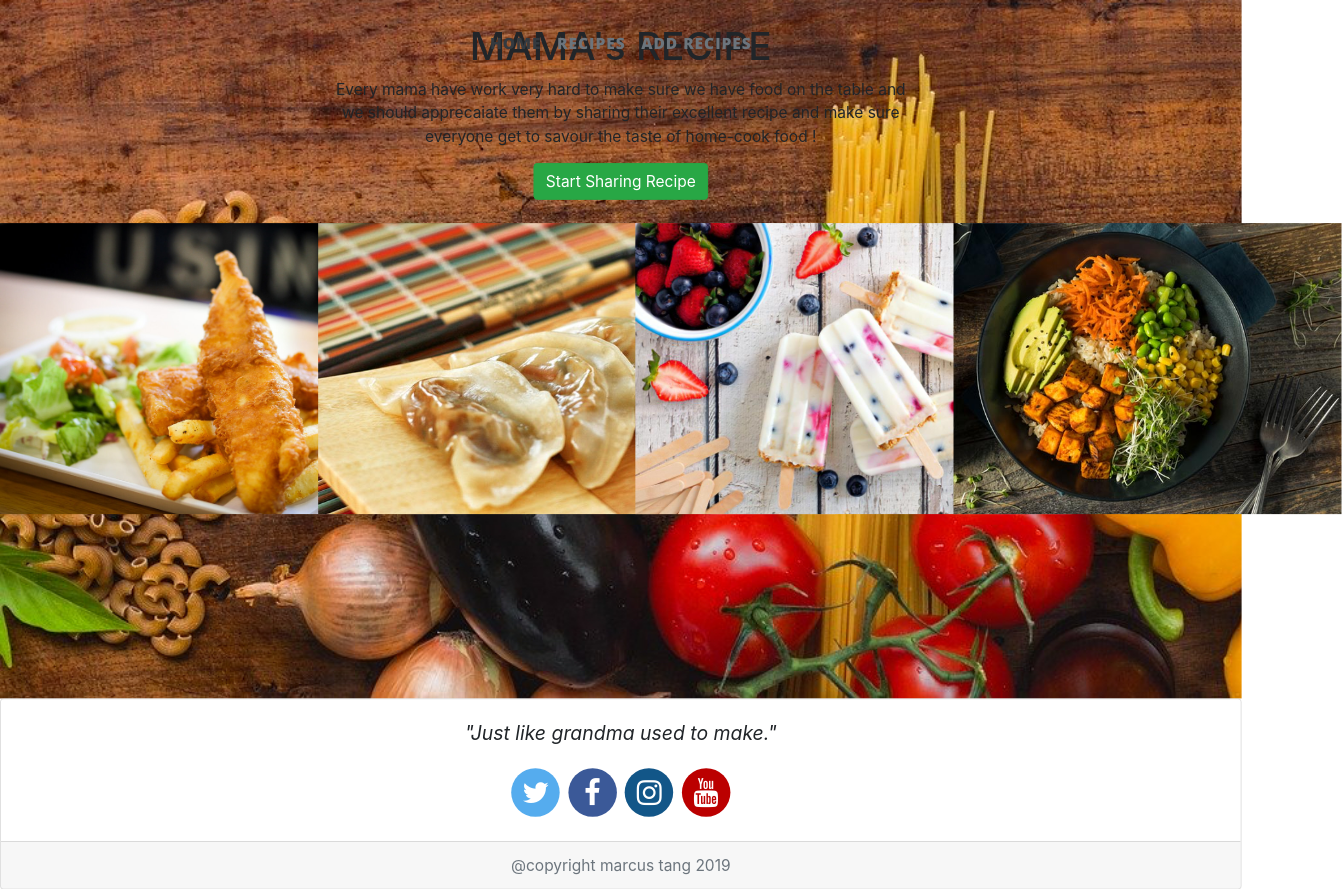
Repository: marstangg/mamasrecipes
Page: templates/index.html
The author's editor kept a record of every edit. The page is drawn from the files as they stood at one moment, then again after the next edit.
The browser window is 1280 px wide. The page is 1383 px wide, so the pictures cover 1383 px, including what lies to the right of the window. The pictures show the whole page, at 97% of full size.
Some web libraries are served in a nearby version. The template is drawn by Flask 3. The application's start-up code is not run. The template is opened directly, without the code that normally fills it, so the values that code supplies are empty.

Above is the page before.

After the next edit:
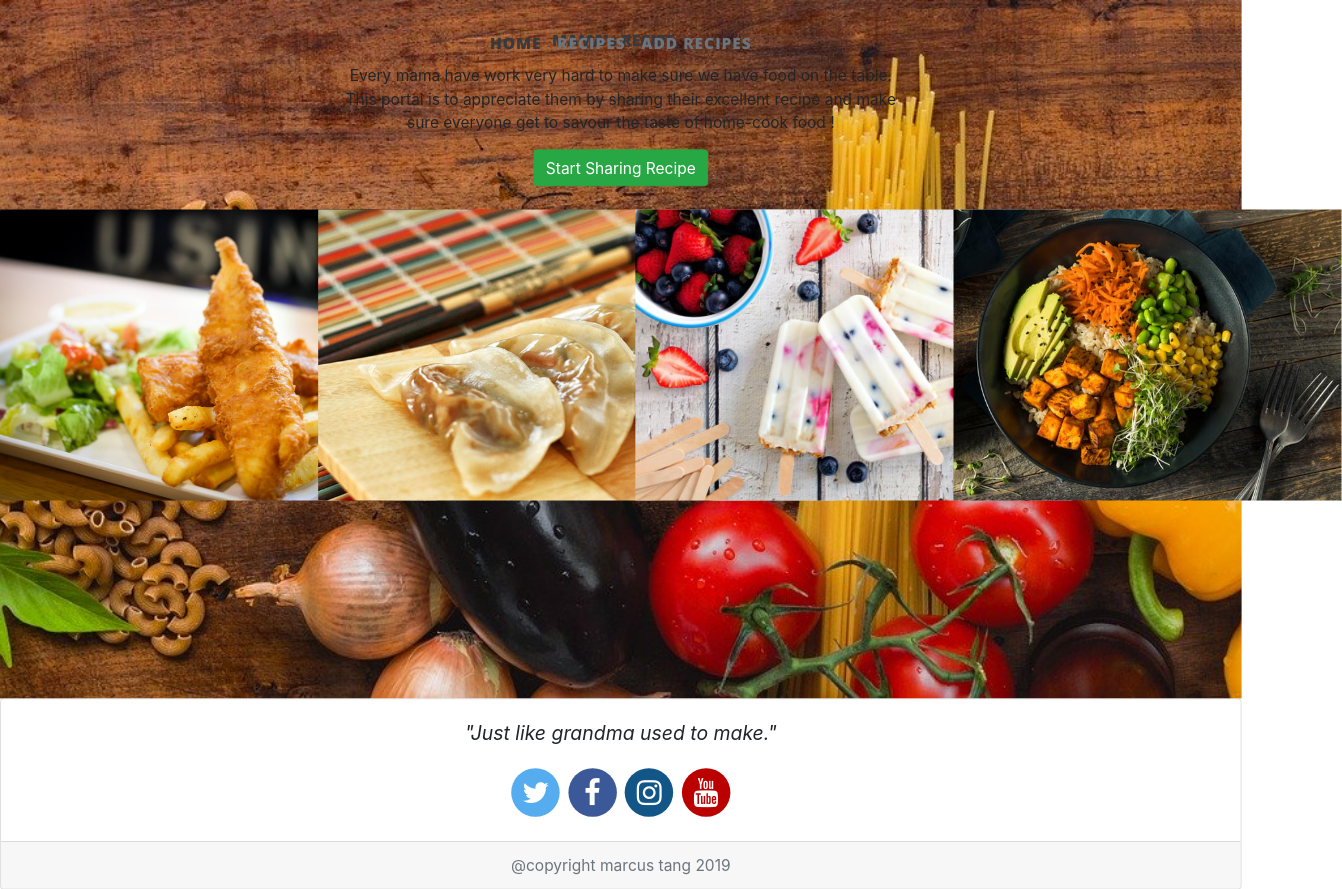
The edit:
--- a/templates/index.html
+++ b/templates/index.html
@@ -5,9 +5,9 @@
   <!--Page Header -->
   <header class="masthead d-flex justify-content-center align-items-center">
     <div class='w-50 p-4 text-center'>
-      <h1>MAMA's RECIPE</h1>
-      <p>Every mama have work very hard to make sure we have food on the table and we should apprecaiate them by sharing their excellent recipe and make sure everyone get to savour the taste of home-cook food !</p>
-      <div class="btn btn-success">Start Sharing Recipe</div>
+      <h1 class='navbar-brand'>MAMA's RECIPE</h1>
+      <p>Every mama have work very hard to make sure we have food on the table. This portal is to appreciate them by sharing their excellent recipe and make sure everyone get to savour the taste of home-cook food !</p>
+      <a class="btn btn-success" href="{{url_for('recipe_add')}}">Start Sharing Recipe</a>
     </div>
     <!--<div class="overlay"></div>-->
     <!--<div class="container">-->
